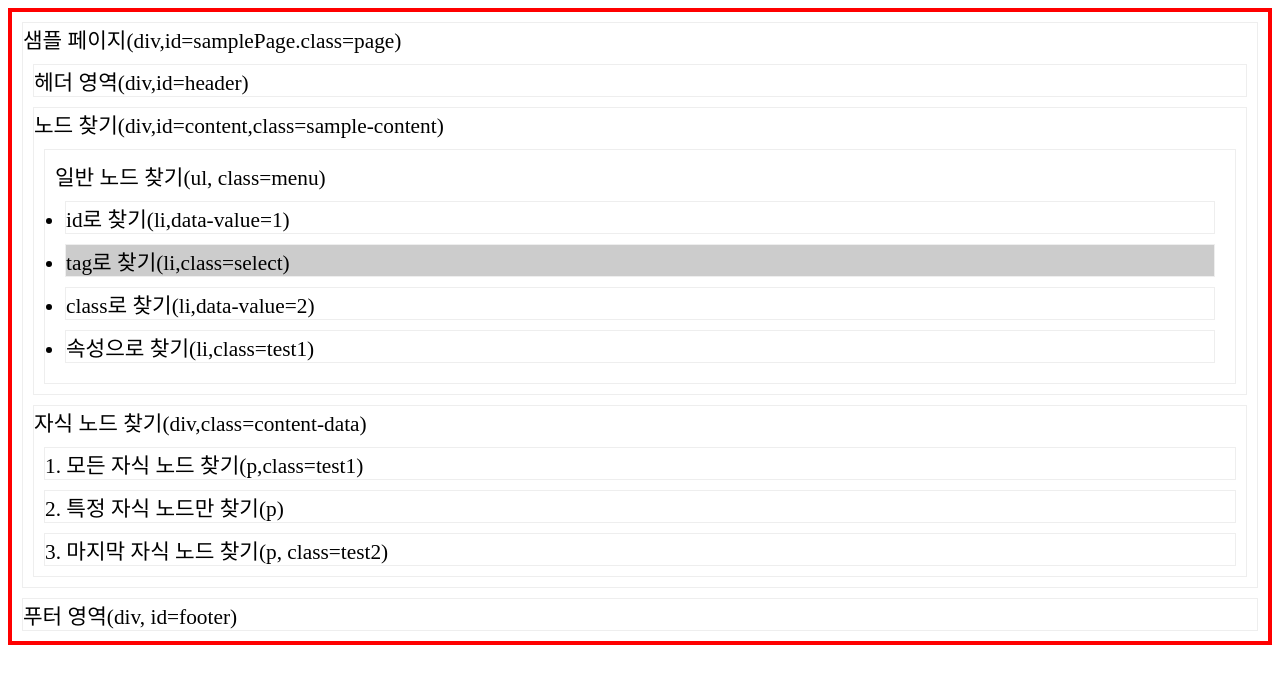
Repository: swc0516s/EZEN-JS
Page: JavaScript Workspace Lecture/JavaScript_jQuery_03/WebContent/Chapter01/1_05_1.html
These files come from the project's save history. The page is drawn as it stood at one moment and after the next save; the edit follows.
The browser window is 1280 px wide. The pictures show the whole page.

Above is the page before, as saved 2022-03-17 03:28:09.

After the next save:
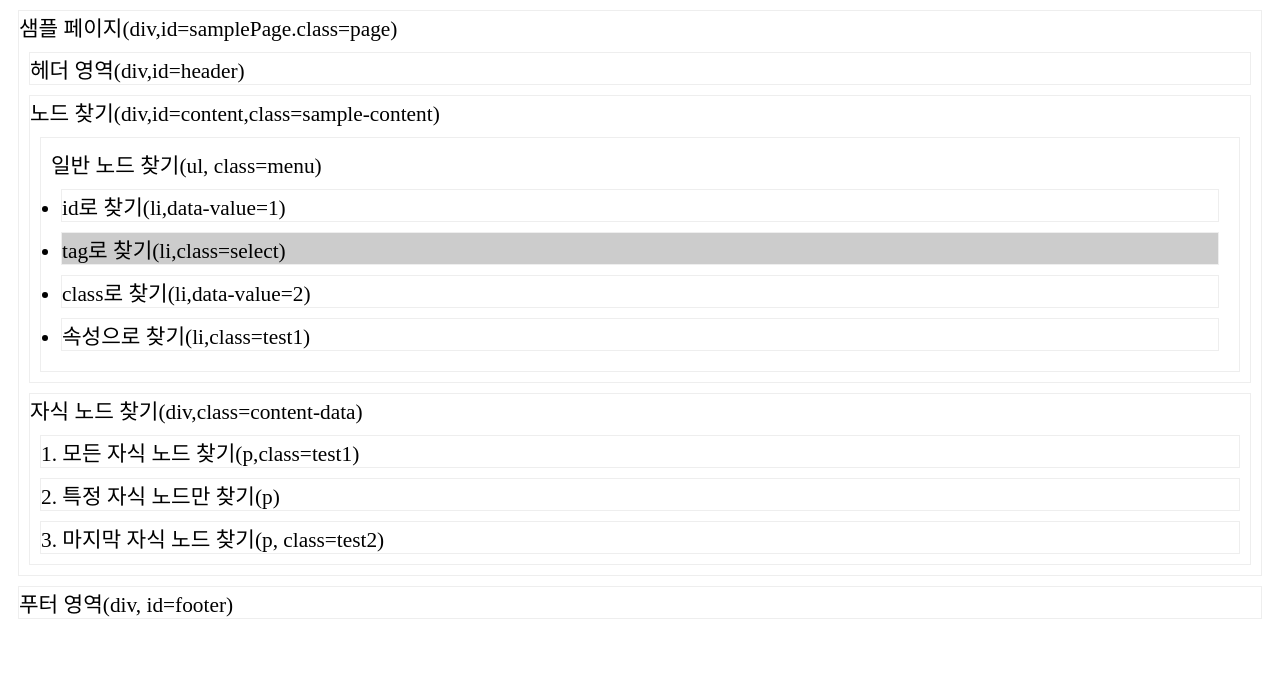
Saved 4 s later.
--- a/JavaScript Workspace Lecture/JavaScript_jQuery_03/WebContent/Chapter01/1_05_1.html
+++ b/JavaScript Workspace Lecture/JavaScript_jQuery_03/WebContent/Chapter01/1_05_1.html
@@ -31,7 +31,7 @@ li.select {
 		header.style.border = "4px solid #f00";
 	}*/
 	$(document).ready(function() {
-		$("body").css("border", "4px solid #ff0000");
+		$("class").css("border", "4px solid #ff0000");
 	});
 </script>
 </head>
